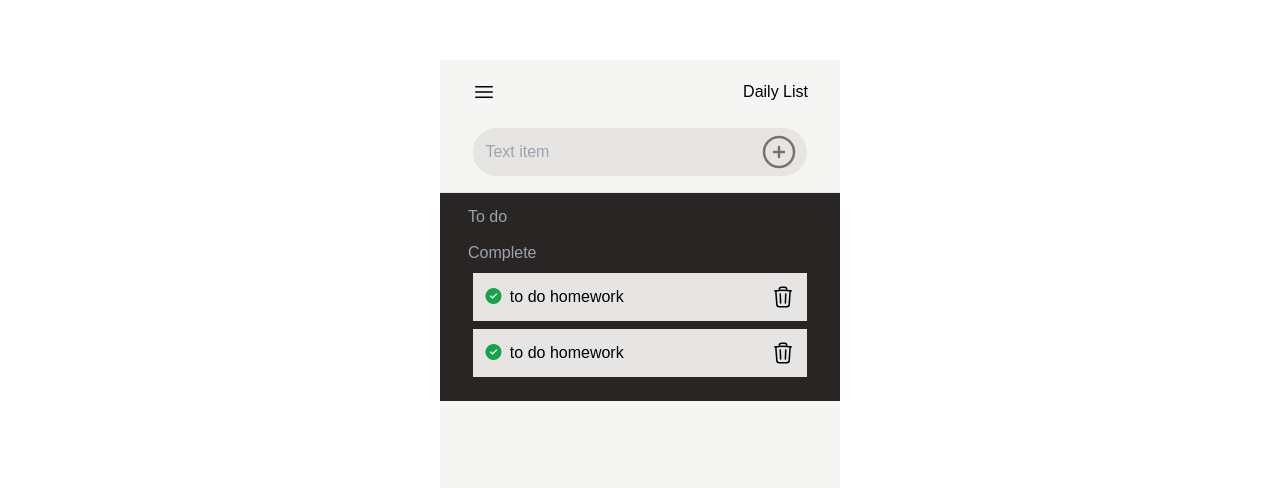
Repository: hsumyatm7308/TodolistbyPHP
Page: http://localhost/
These files come from the project's save history. The page is drawn as it stood at one moment and after the next save; the edit follows.
The browser window is 1280 px wide. The pictures show the whole page.
Some web libraries are served in a nearby version. The page is run by PHP 8.4 with error messages shown; the project is at /var/www/html/. Queries for data that is not in the repository find no rows.

Above is the page before, as saved 2023-07-09 22:29:32.

After the next save:
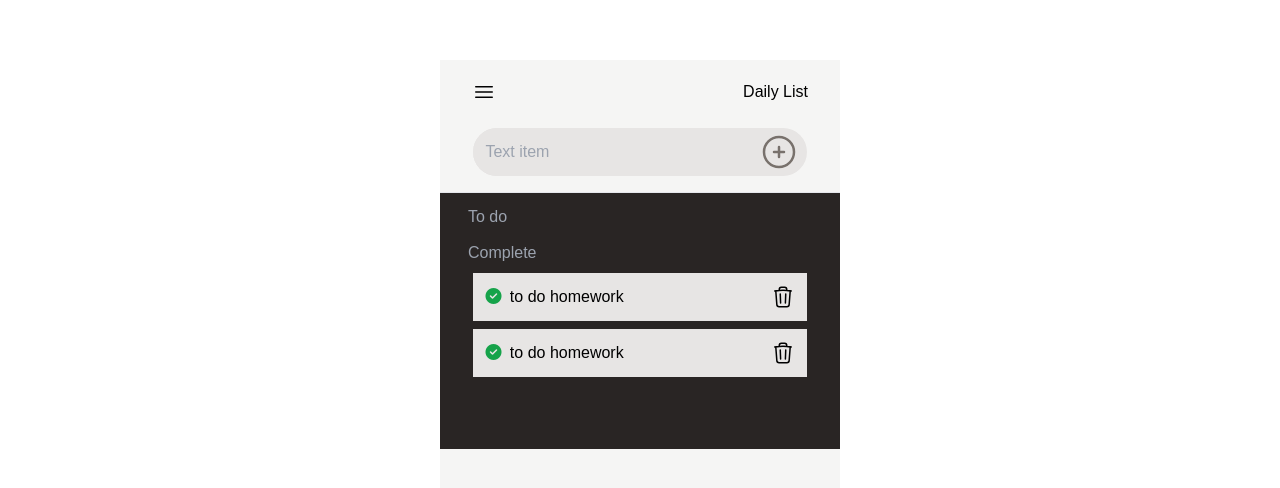
Saved 15 s later.
--- a/index.php
+++ b/index.php
@@ -40,7 +40,7 @@
 
             ?>
 
-            <div class="w-full h-52 bg-stone-800 overflow-y-scroll">
+            <div class="w-full h-64 bg-stone-800 overflow-y-scroll">
 
                 <?php
 
